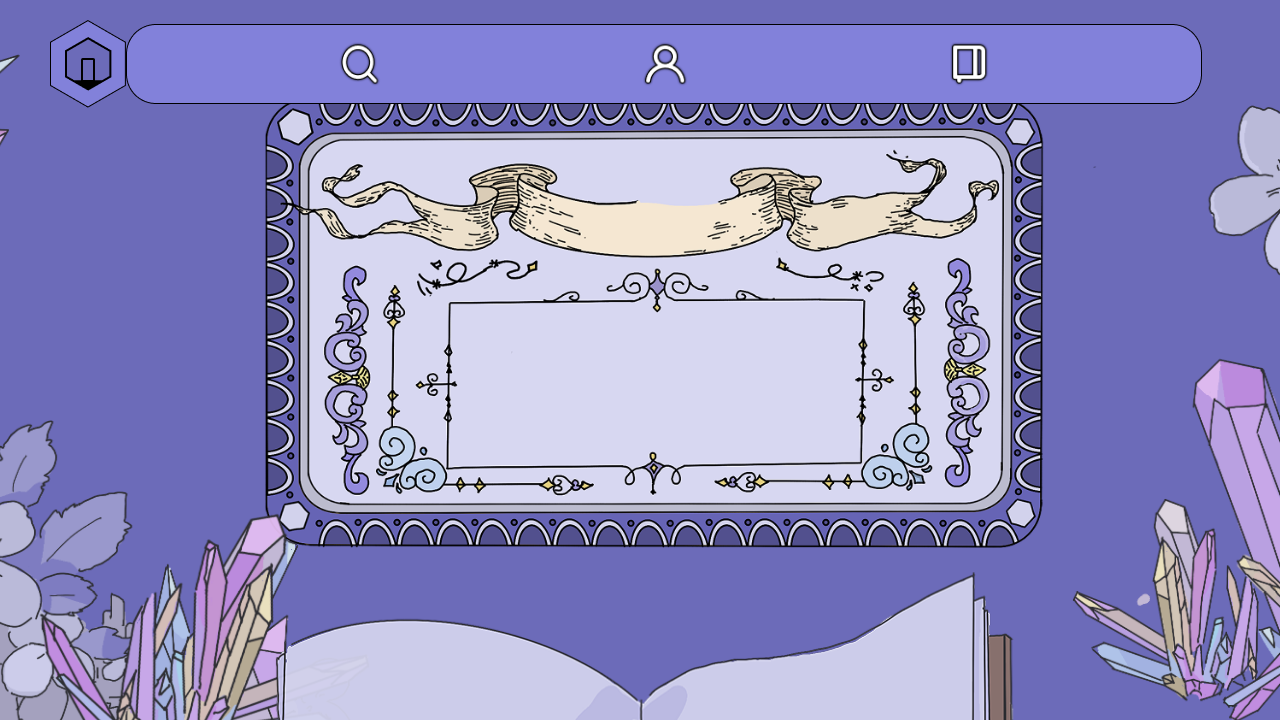
Repository: carolmmc/BabelLibrary
Page: shelf.html
An editor plug-in stored every save of this project. The page is shown before and after the next save, followed by the edit.
The browser window is 1280 px wide. The pictures show the window.
A layer covers the whole window, so only the first screen is drawn.

Above is the page before, as saved 2025-05-07 20:59:31.

After the next save:
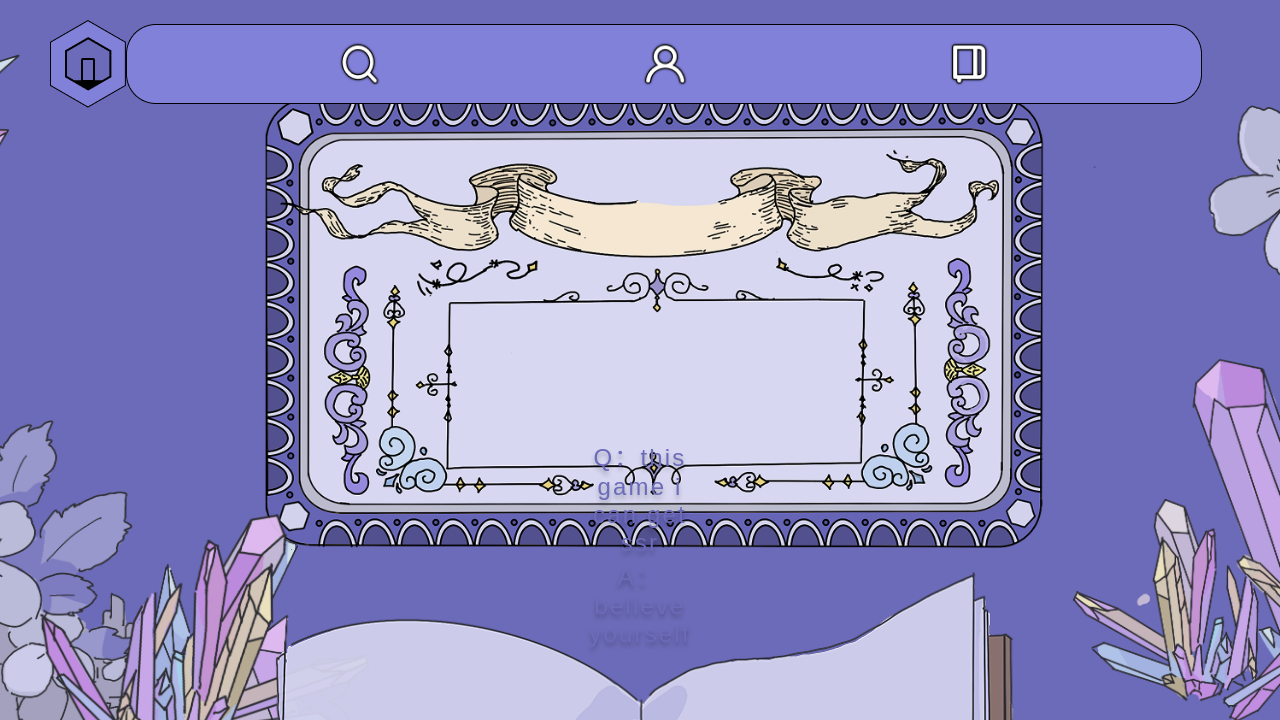
Saved 7 min 32 s later.
--- a/shelf.html
+++ b/shelf.html
@@ -156,6 +156,42 @@
                 opacity: 1;
                 transform: translateX(-50%) scale(1.02);
             }
+        }
+
+        .text-input-container {
+            position: absolute;
+            bottom: 10%;
+            left: 50%;
+            transform: translateX(-50%);
+            z-index: 5;
+        }
+
+        .center-text-input {
+            width: 400px;
+            padding: 12px 20px;
+            border-radius: 8px;
+            border: 2px solid #ccc;
+            font-size: 16px;
+            font-family: inherit;
+        }
+
+        .text-output-container {
+            position: absolute;
+            bottom: 20%;
+            left: 50%;
+            transform: translateX(-50%);
+            z-index: 5;
+            text-align: center;
+        }
+
+        .text-output {
+            color: #6C6BB9;
+            font-family: 'Poppins', sans-serif;
+            font-size: 24px;
+            font-weight: 400;
+            letter-spacing: 2.16px;
+            line-height: normal;
+            text-shadow: 0px 4px 4px rgba(0, 0, 0, 0.25);
         }
     </style>
 </head>
@@ -177,6 +213,12 @@
         <div class="shelf-image-container">
             <img src="shelf1.png" alt="书架" class="shelf-main-image">
         </div>
+        <div class="text-input-container">
+            <div class="text-output-container">
+                <p class="text-output">Q：this game i can get ssr</p>
+                <p class="text-output">A：believe yourself</p>
+            </div>
+        </div>
     </div>
     <div class="bottom-decoration"></div>
     <div class="decoration-frame2"></div>
